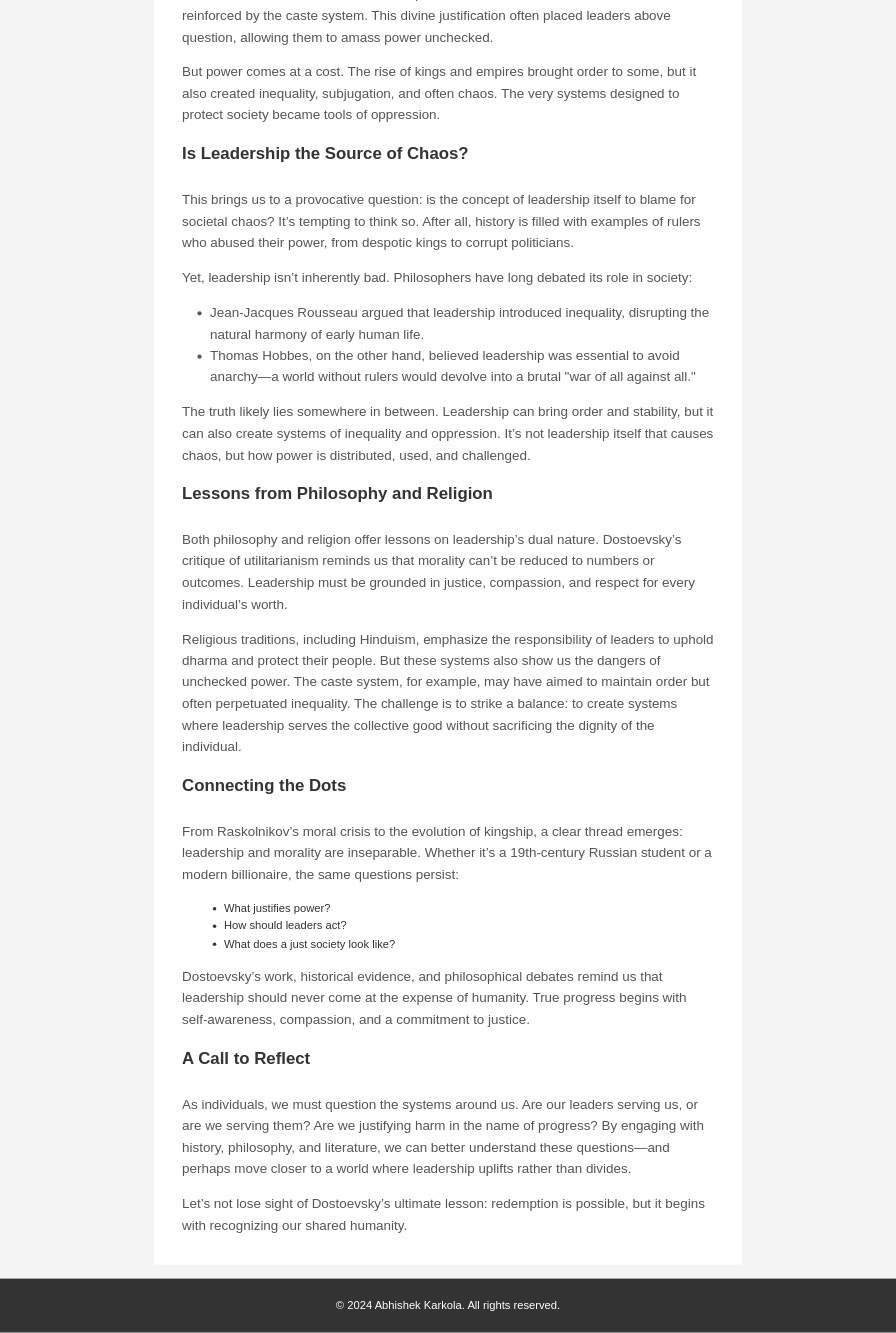
Repository: APersonalVoyage/APersonalVoyage.github.io
Page: blog_post_1.html
The author's editor kept a copy of each file at every save. The page is drawn from the files as they stood at one save, then again after the next save.
The browser window is 1280 px wide. The pictures show the part of the page from y = 1621 to 3541 px (the page is 3525 px tall before and 3541 px after), at 70% of full size.

Above is the page before, as saved 2024-11-17 17:31:58.

After the next save:
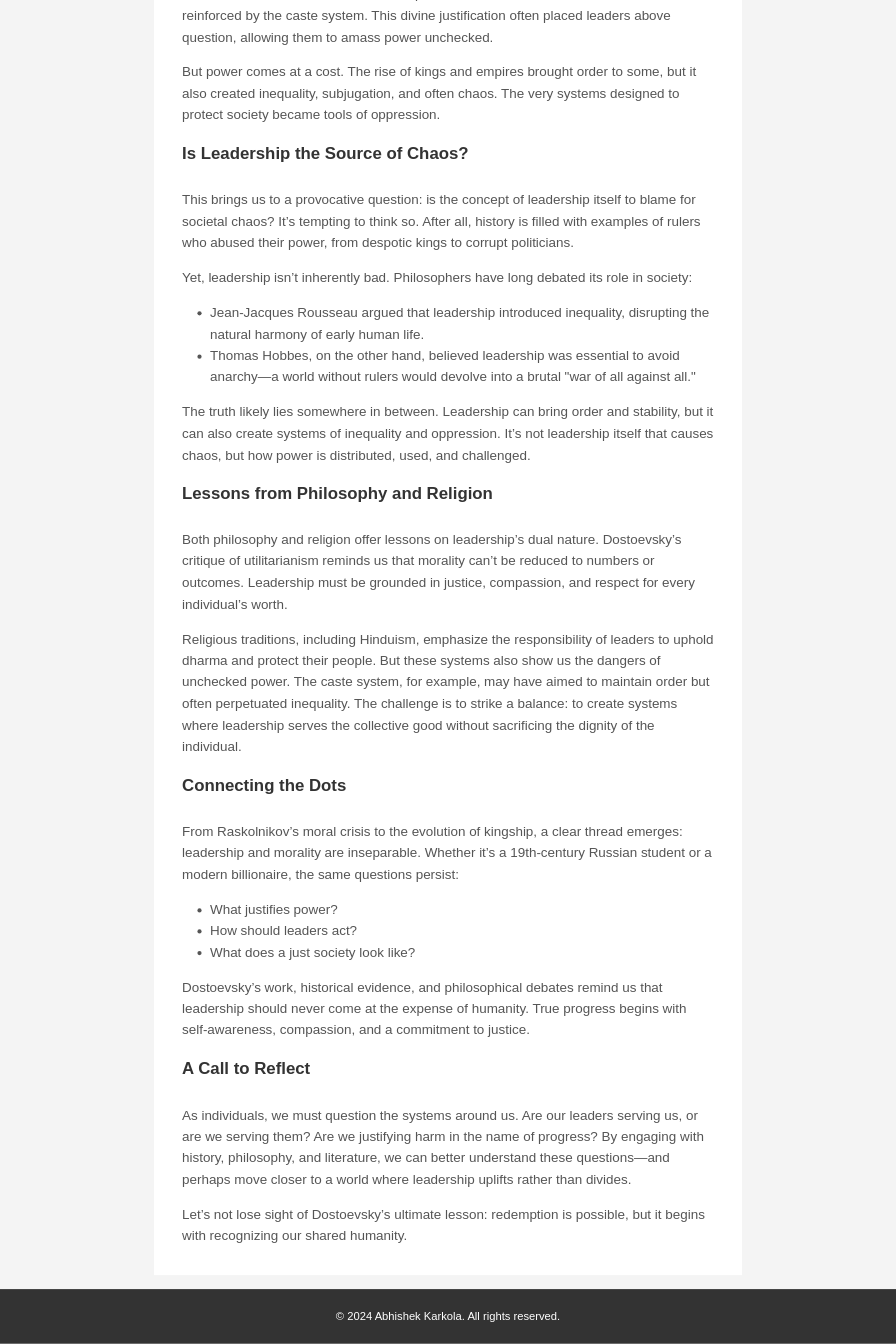
Saved 14 s later.
--- a/blog_post_1.html
+++ b/blog_post_1.html
@@ -81,7 +81,7 @@
         <p class="blog-article-intro">
           From Raskolnikov’s moral crisis to the evolution of kingship, a clear thread emerges: leadership and morality are inseparable. Whether it’s a 19th-century Russian student or a modern billionaire, the same questions persist:
         </p>
-        <ul class="reflection-questions">
+        <ul class="blog-article-intro">
           <li>What justifies power?</li>
           <li>How should leaders act?</li>
           <li>What does a just society look like?</li>
